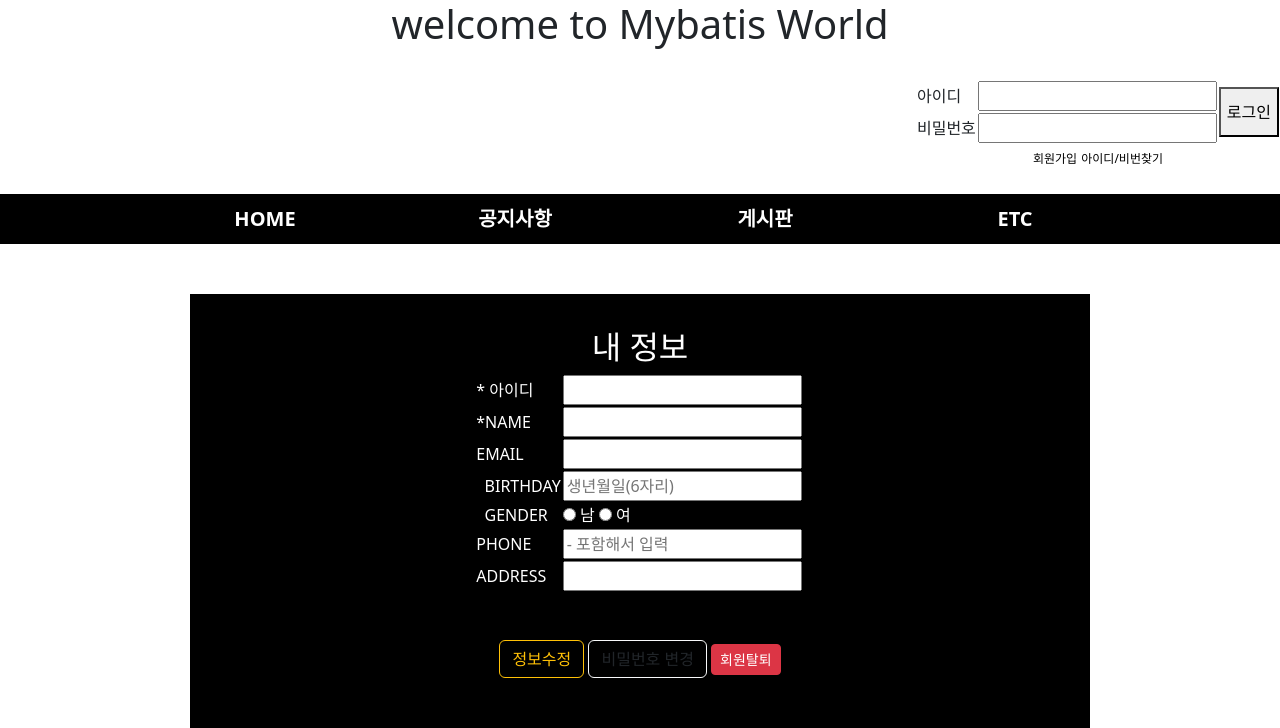
Repository: eru2/Study
Page: http://localhost/mybatisProject/views/member/myPage.jsp
These files come from the project's save history. The page is drawn as it stood at one moment and after the next save; the edit follows.
The browser window is 1280 px wide. The pictures show the whole page.
The page is served by Tomcat 10.

Above is the page before, as saved 2025-03-06 08:29:23.
Console error: ReferenceError: interest is not defined

After the next save:
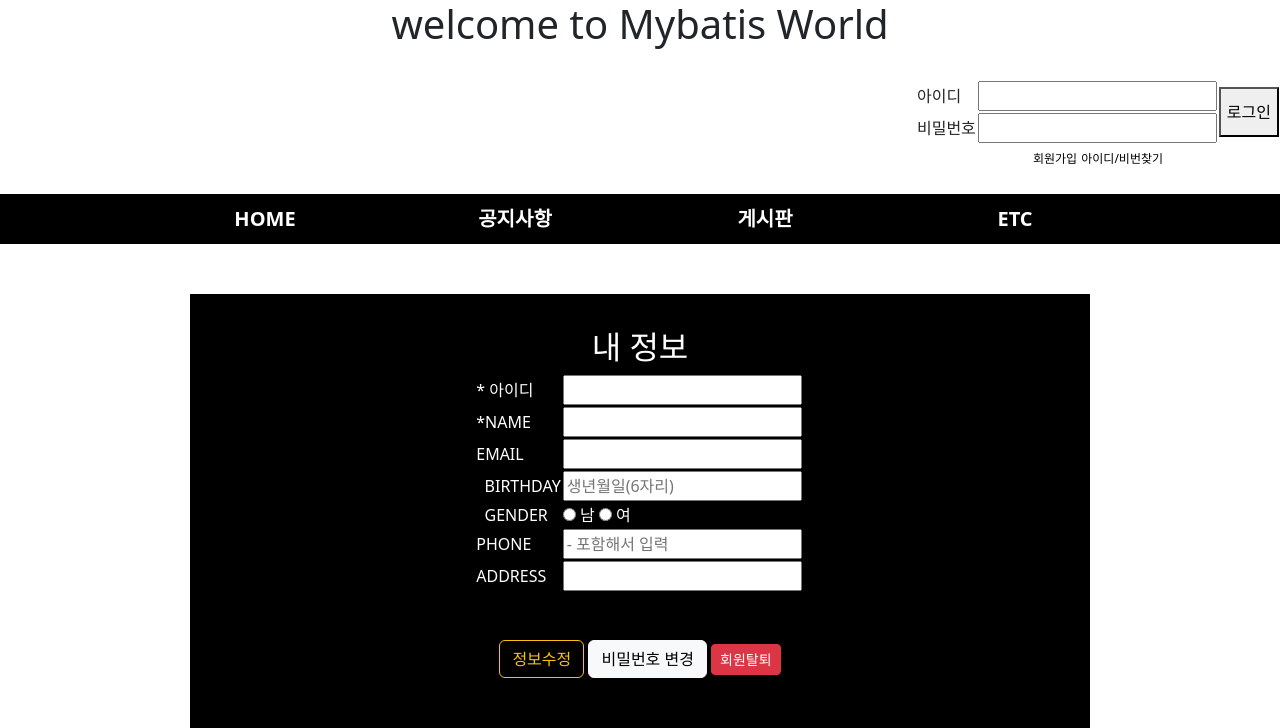
Saved 57 s later.
--- a/08_MyBatis/mybatisProject/src/main/webapp/views/member/myPage.jsp
+++ b/08_MyBatis/mybatisProject/src/main/webapp/views/member/myPage.jsp
@@ -89,7 +89,7 @@
 
 			<div align="center">
 				<button type="submit" class="btn btn-outline-warning">정보수정</button>
-				<button type="button" class="btn btn-outline-light text-dark" style="color:#ffffff" data-bs-toggle="modal" data-bs-target="#update-pwd-modal">비밀번호 변경</button>
+				<button type="button" class="btn btn-light" data-bs-toggle="modal" data-bs-target="#update-pwd-modal">비밀번호 변경</button>
 				<button type="button" class="btn btn-sm btn-danger" data-bs-toggle="modal" data-bs-target="#delete-member-modal">회원탈퇴</button>
 			</div>
 		</form>
